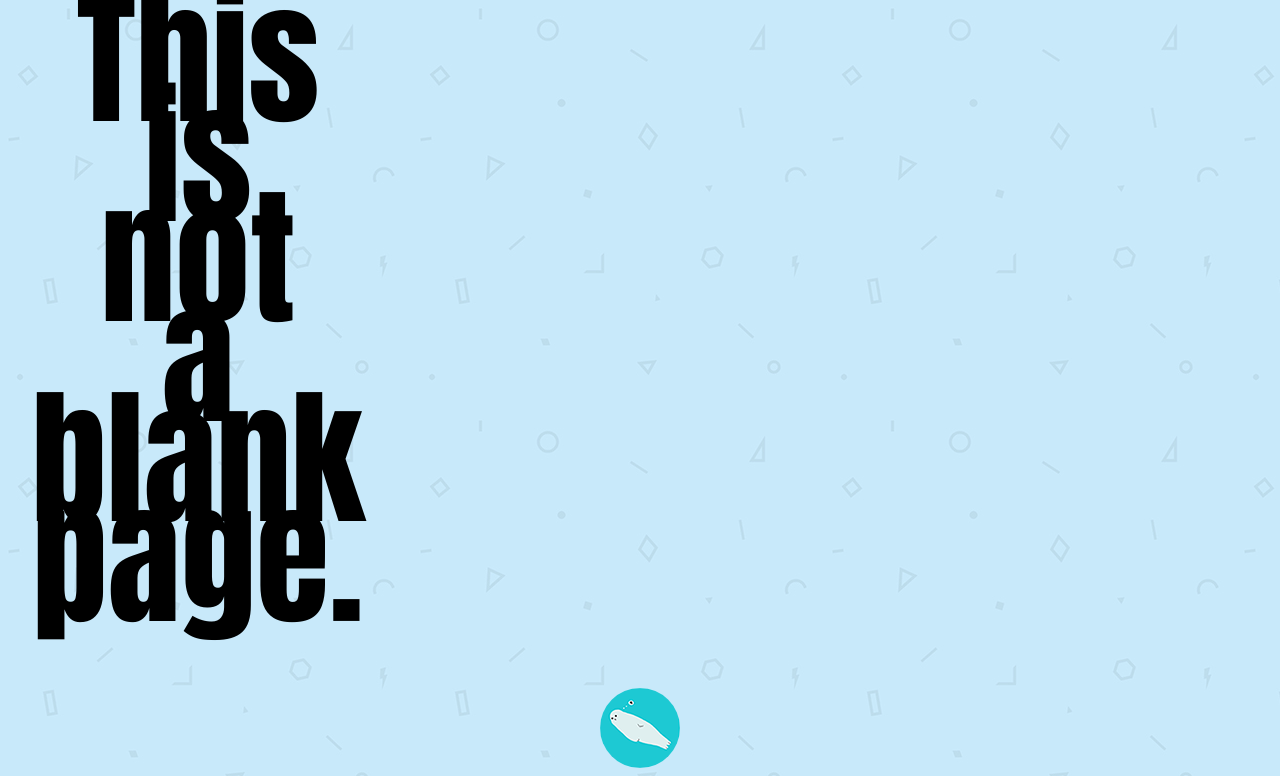
Repository: yiy225/yiy225.github.io
Page: page 2.html
The author's editor kept a record of every edit. The page is drawn from the files as they stood at one moment, then again after the next edit.
The browser window is 1280 px wide. The pictures show the whole page.

Above is the page before.

After the next edit:
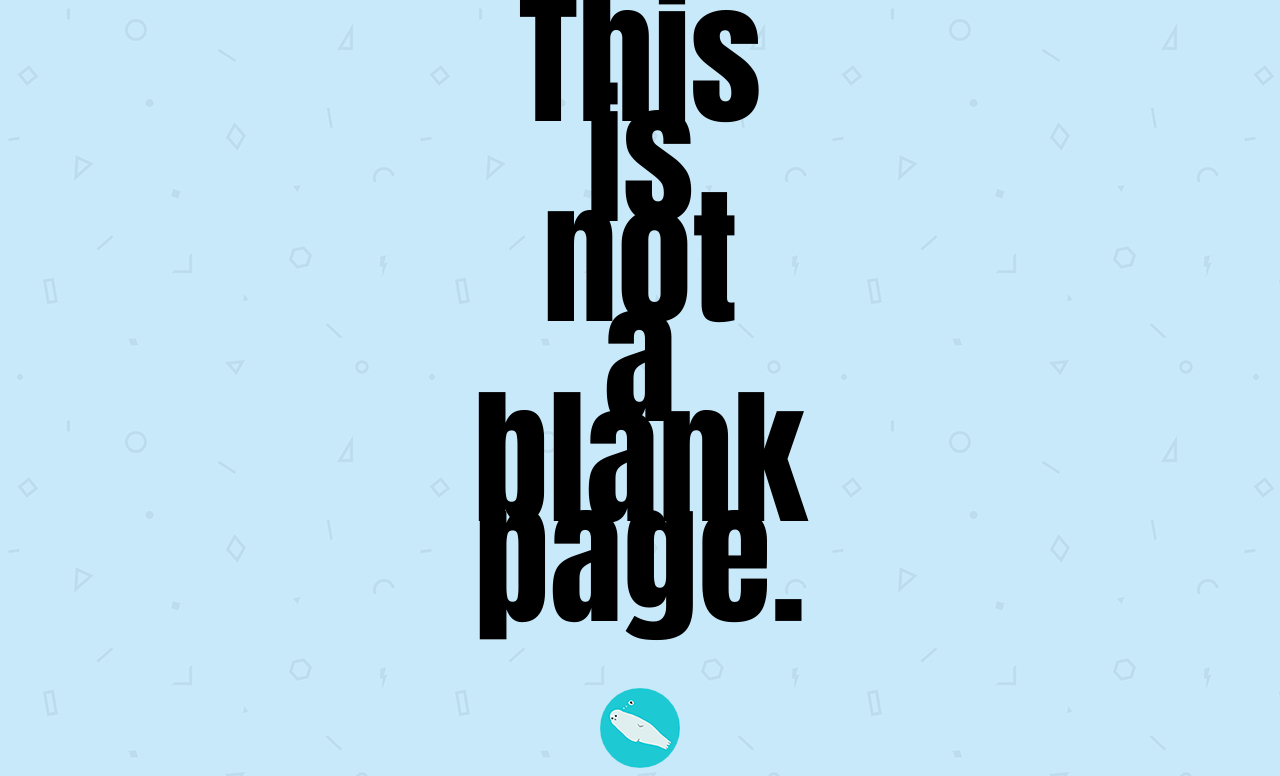
The edit:
--- a/styles 2.css
+++ b/styles 2.css
@@ -12,7 +12,8 @@
    line-height: 100px;
    height: 680px;
    margin: 0px;
-
+   margin-left: auto;
+   margin-right: auto;
 
 }
 
